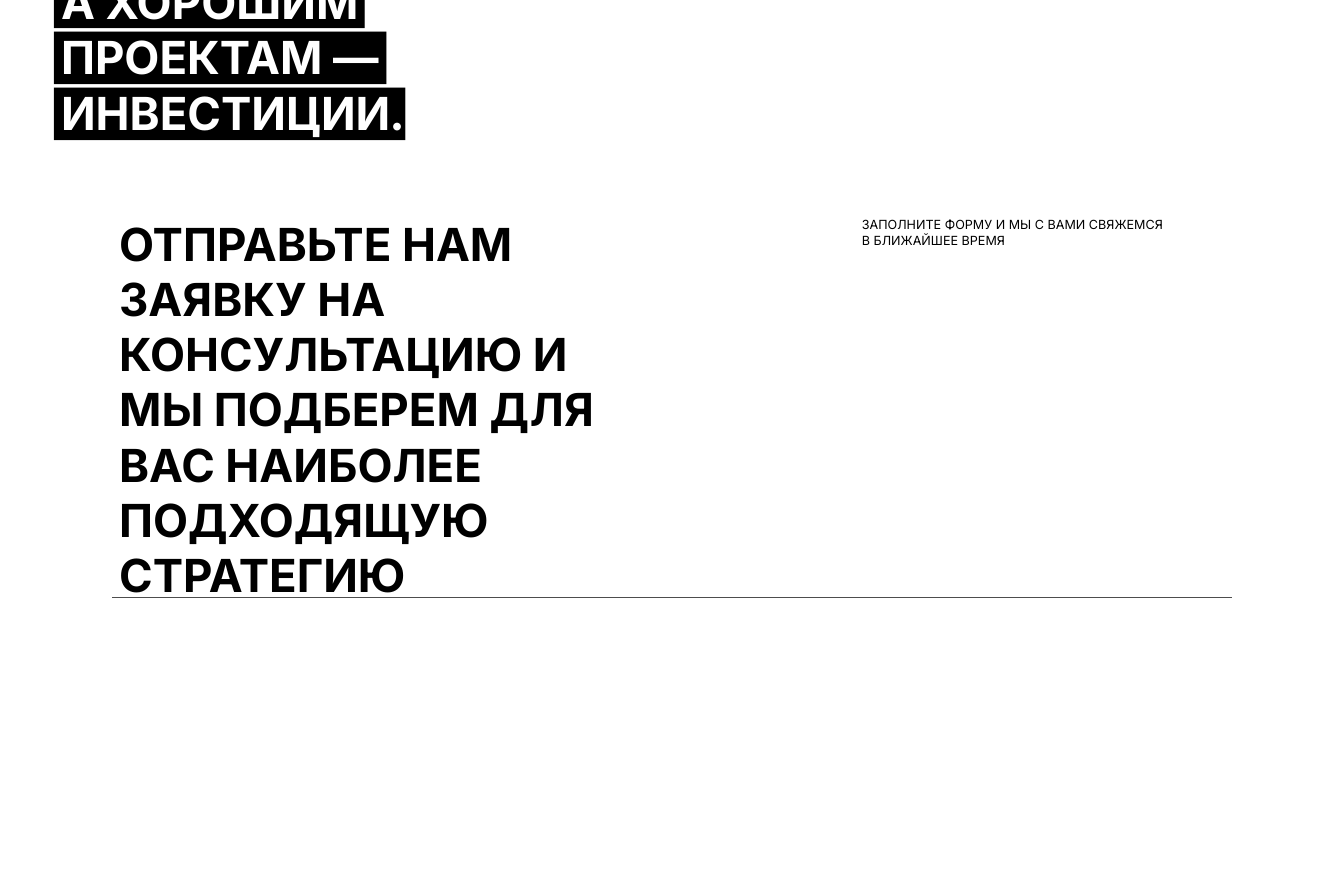
Repository: NadyaKorvin/frontiers
Page: /
An editor plug-in stored every save of this project. The page is shown before and after the next save, followed by the edit.
The browser window is 1280 px wide. The page is 1920 px wide, so the pictures cover 1920 px, including what lies to the right of the window. The pictures show the part of the page from y = 1353 to 2633 px (the page is 2633 px tall), at 70% of full size.
The project was rebuilt for these pictures with package versions that can differ from the ones it lists, and the page was loaded fresh each time.

Above is the page before, as saved 2022-05-23 14:28:55.

After the next save:
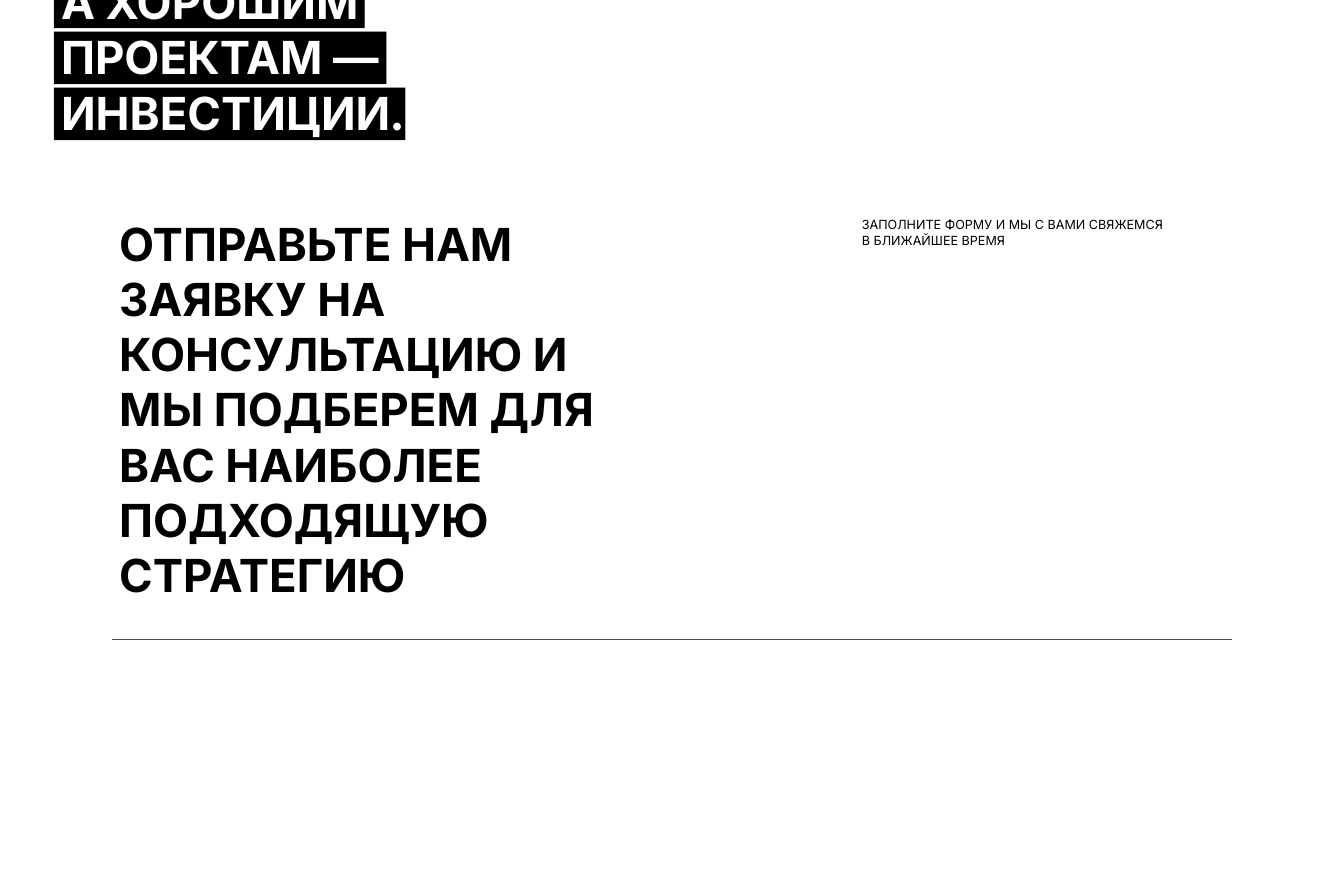
Saved 8 s later.
--- a/src/components/lastScreen/LastScreen.module.css
+++ b/src/components/lastScreen/LastScreen.module.css
@@ -49,7 +49,7 @@
 
 .footer {
     position: relative;
-    margin: 100px 160px 0;
+    margin: 160px 160px 0;
     width: 1600px;
     height: 218px;
     border-top: 1px solid #000000;

After the save that followed:
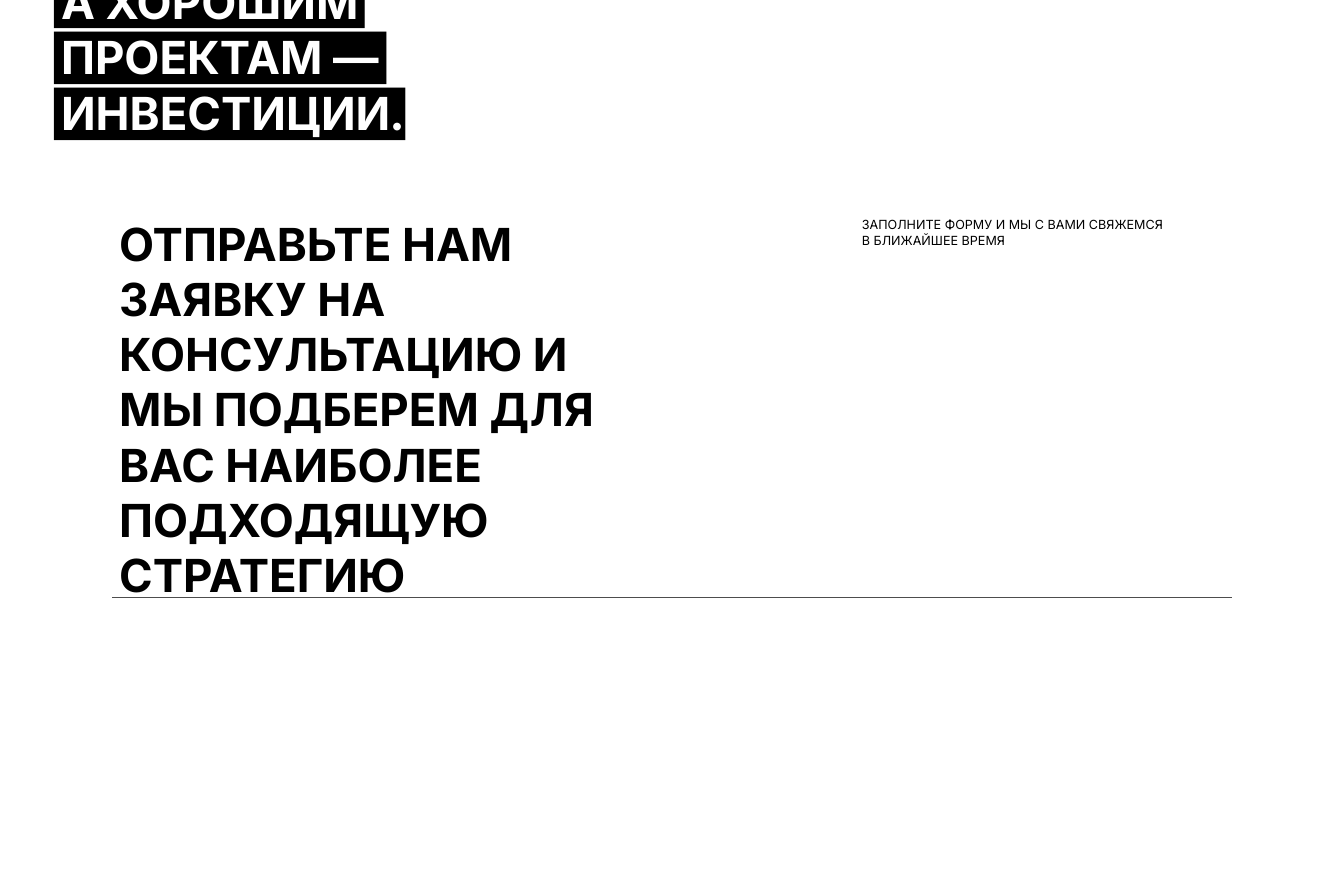
Saved 8 s later.
--- a/src/components/lastScreen/LastScreen.module.css
+++ b/src/components/lastScreen/LastScreen.module.css
@@ -49,7 +49,7 @@
 
 .footer {
     position: relative;
-    margin: 160px 160px 0;
+    margin: 100px 160px 0;
     width: 1600px;
     height: 218px;
     border-top: 1px solid #000000;
